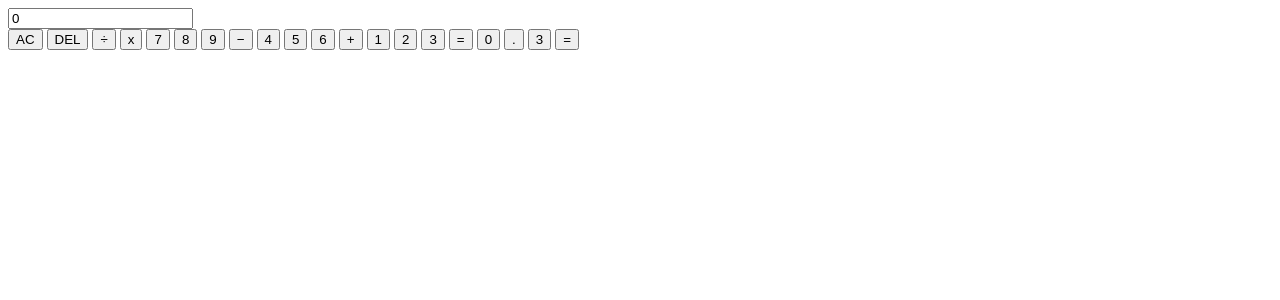
Repository: Mantombi81/Mozi--Calculator
Page: index.html
The author's editor kept a copy of each file at every save. The page is drawn from the files as they stood at one save, then again after the next save.
The browser window is 1280 px wide. The pictures show the whole page.

Above is the page before, as saved 2025-06-03 14:41:55.

### index.html
<!DOCTYPE html>
<html lang="en">
<head>
    <meta charset="UTF-8">
    <meta name="viewport" content="width=device-width, initial-scale=1.0">
    <title>Mozi Calculator App</title>
</head>
<body>
    <div class="calculator">
        <!-- numbers display when a user type something -->
         <div class="display">
            <input type="text" id="display" value="0" readonly>
         </div>
         <!-- buttons grid -->
          <div class="buttons">
            <!-- first row -->
             <button class="btn clear" onclick="clearDisplay()">AC</button>
             <button class="btn operator" onclick="deleteLast()">DEL</button>
             <button class="btn operator" onclick="appendToDisplay('/')">÷</button>
             <button class="btn operator" onclick="appendToDisplay('*')">x</button>

             <!-- second row -->
              <button class="btn number" onclick="appendToDisplay('7')">7</button>
              <button class="btn number" onclick="appendToDisplay('8')">8</button>
              <button class="btn number" onclick="appendToDisplay('9')">9</button>
              <button class="btn operator" onclick="appendToDisplay('-')">−</button>

              <!-- Third row -->
              <button class="btn number" onclick="appendToDisplay('4')">4</button>
              <button class="btn number" onclick="appendToDisplay('5')">5</button>
              <button class="btn number" onclick="appendToDisplay('6')">6</button>
              <button class="btn operator" onclick="appendToDisplay('+')">+</button>

              <!-- fourth row -->
              <button class="btn number" onclick="appendToDisplay('1')">1</button>
              <button class="btn number" onclick="appendToDisplay('2')">2</button>
              <button class="btn number" onclick="appendToDisplay('3')">3</button>
              <button class="btn equals" onclick="calculate()" rowspan="2">=</button>

              <!-- fifth row -->
              <button class="btn number zero" onclick="appendToDisplay('0')">0</button>
              <button class="btn number" onclick="appendToDisplay('.')">.</button>
              <button class="btn number" onclick="appendToDisplay('3')">3</button>
              <button class="btn equals" onclick="calculate()" rowspan="2">=</button>

          </div>
    </div>
</body>
</html>

After the next save:
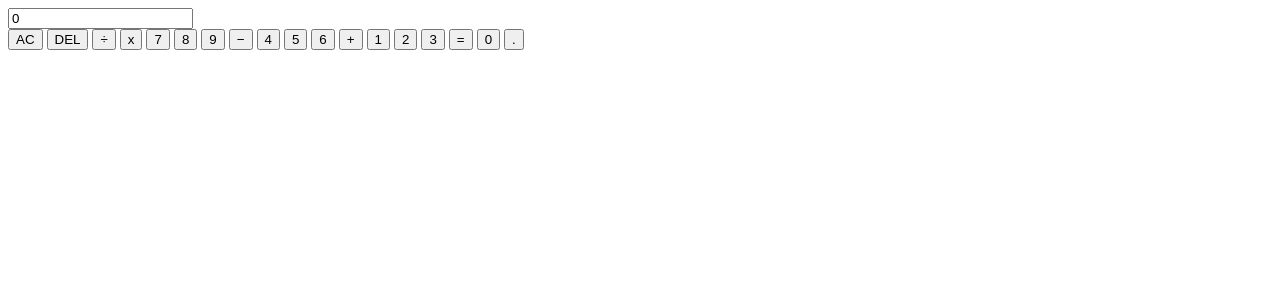
Saved 42 s later.
--- a/index.html
+++ b/index.html
@@ -40,8 +40,7 @@
               <!-- fifth row -->
               <button class="btn number zero" onclick="appendToDisplay('0')">0</button>
               <button class="btn number" onclick="appendToDisplay('.')">.</button>
-              <button class="btn number" onclick="appendToDisplay('3')">3</button>
-              <button class="btn equals" onclick="calculate()" rowspan="2">=</button>
+
 
           </div>
     </div>
